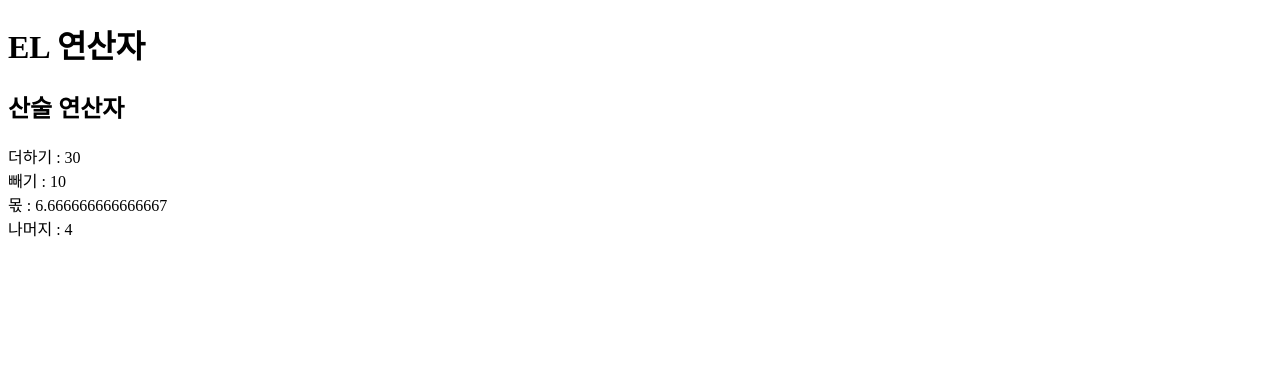
Repository: dnwpdud/WEB_CODES
Page: http://localhost/Web07_EL_JSTL/01_Expression_Language/02_operator.jsp
An editor plug-in stored every save of this project. The page is shown before and after the next save, followed by the edit.
The browser window is 1280 px wide. The pictures show the whole page.
The page is served by Tomcat 9. Other server files are loaded and not shown.

Above is the page before, as saved 2024-04-05 07:15:06.

### Web07_EL_JSTL/src/main/webapp/01_Expression_Language/02_operator.jsp
<%@page import="java.util.ArrayList"%>
<%@ page language="java" contentType="text/html; charset=UTF-8"
    pageEncoding="UTF-8"%>
<!DOCTYPE html>
<html>
<head>
<meta charset="UTF-8">
<title>EL 연산자</title>
</head>
<body>
	<%
		String nullStr = null;
		String emptStr = "";
		String[] zeroArray = new String[0];
		ArrayList<String> emptList = new ArrayList<>();

		pageContext.setAttribute("nullStr", nullStr);
		pageContext.setAttribute("emptStr", emptStr);
		pageContext.setAttribute("zeroArray", zeroArray);
		pageContext.setAttribute("emptList", emptList);



	%>

	<%--
	EL 연산자
	- 기본적인 연산자는 자바와 동일
	- '/'와 div는 동일한 연산자

	 --%>

	<h1>EL 연산자</h1>
	<h2>산술 연산자</h2>
	더하기 : ${20 + 10}<br>
	빼기 : ${'20'- '10'}<br>
	몫 : ${'40' div '6' }<br>
	나머지 : ${40 mod 6 }<br>

</body>
</html>

After the next save:
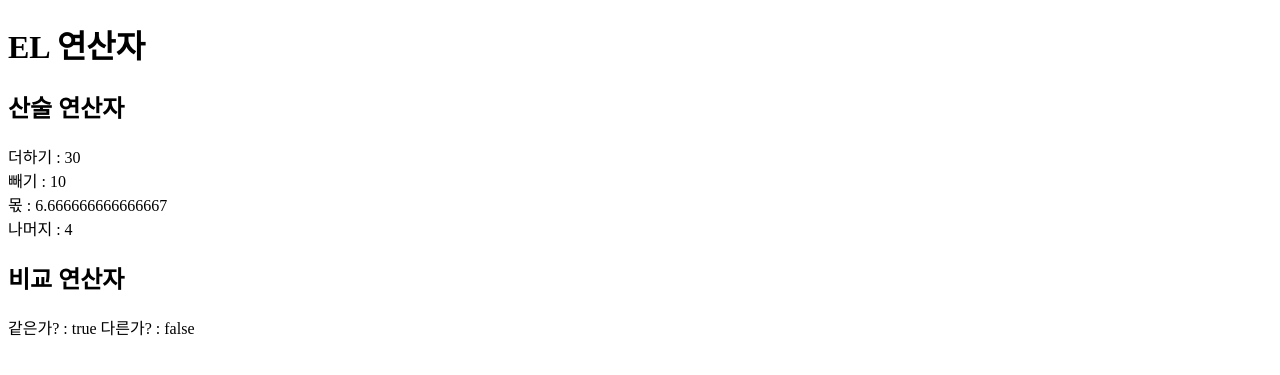
Saved 74 s later.
--- a/Web07_EL_JSTL/src/main/webapp/01_Expression_Language/02_operator.jsp
+++ b/Web07_EL_JSTL/src/main/webapp/01_Expression_Language/02_operator.jsp
@@ -37,5 +37,8 @@
 	몫 : ${'40' div '6' }<br>
 	나머지 : ${40 mod 6 }<br>
 
+	<h2>비교 연산자</h2>
+	같은가? : ${'10' eq '10' }
+	다른가? : ${'10' ne '10' }
 </body>
 </html>
